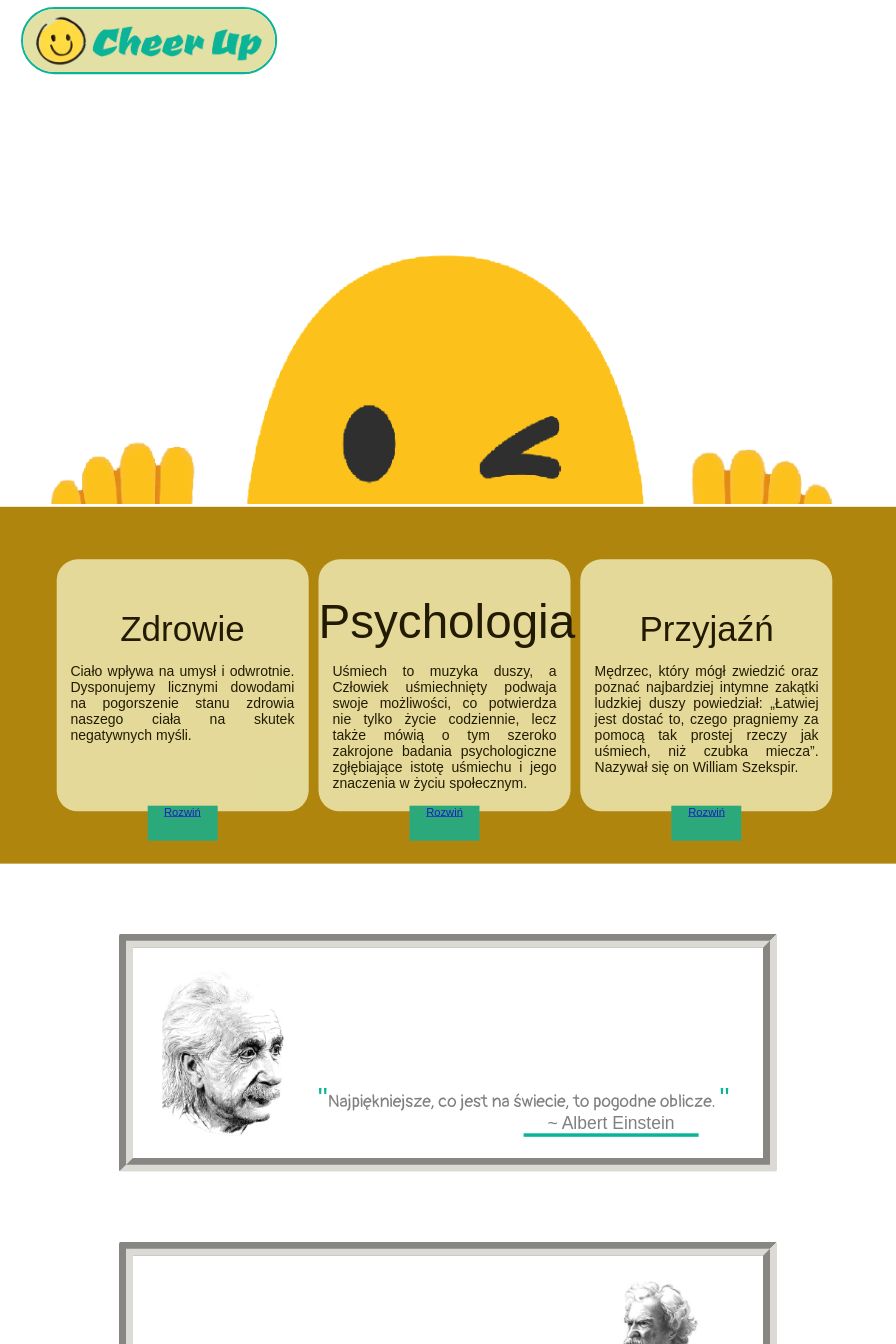
Repository: addstaw/moja-strona
Page: index.html
These files come from the project's save history. The page is drawn as it stood at one moment and after the next save; the edit follows.
The browser window is 1280 px wide. The pictures show the part of the page from y = 0 to 1920 px (the page is 3784 px tall), at 70% of full size.
Some web fonts or font styles are not loaded; a fallback is used.

Above is the page before, as saved 2020-05-21 21:21:58.

### index.html
<!DOCTYPE html>
<html lang="pl">
    <head>
        <meta charset="utf-8"/>
        <title> Cheer Up</title>
        <link rel="shortcut icon" href="png/logo1.png" type="image/x-icon" />
        <meta name="description" content="Uśmiech to coś więcej niż prosty wyraz emocji. To nasza dusza wypuszczona na zewnątrz."/>
        <meta name="keywords" content="uśmiech, szczęście"/>
        <meta http-equiv="X-UA-Compatible" content="IE=edge, chrome=1"/>
        <link rel="stylesheet" href="css/style8.css" type="text/css"/>
        <link href="https://fonts.googleapis.com/css2?family=Ceviche+One&display=swap" rel="stylesheet">
        <link href="https://fonts.googleapis.com/css2?family=Pangolin&display=swap" rel="stylesheet">
    <body>
        <div id="maincontainer">
            <herder>
                <div id="header">
                    <nav>
                        <span><img id="logo" src="png/header.png" width=360" height="90"/></span>
                    </nav>
                </div>
            </header>

            <div id="pause">

            </div>
            <section>
                <img id="emoticon" src="png/page4.png" width=100%" />
            </section>
        </div>
    <article>
            <div class="content">
                <div id="container">
                    <div id="introduce">
                        <header><div class="headerIntroduce">Zdrowie</div></header>
                        <article><div class="contentIntroduce">
                            Ciało wpływa na umysł i odwrotnie. Dysponujemy licznymi dowodami na pogorszenie stanu zdrowia naszego ciała na skutek negatywnych myśli. <br> <br> <br> <br>
                        </div>
                        <a href="zdrowie.html"> <div class="button">Rozwiń</div></a>
                    </article>
                    </div>
                    <div id="introduce">
                        <header><div class="headerIntroduce" id="mainHeaderIntroduce">Psychologia</div></header>
                        <article><div class="contentIntroduce">
                            Uśmiech to muzyka duszy, a Człowiek uśmiechnięty podwaja swoje możliwości, co potwierdza nie tylko życie codziennie,
                             lecz także mówią o tym szeroko zakrojone badania psychologiczne zgłębiające istotę uśmiechu i jego znaczenia w życiu społecznym.
                        </div>
                        <a href="psychlogia.html"> <div class="button">Rozwiń</div></a>
                    </article>
                    </div>
                    <div id="introduce">
                        <header><div class="headerIntroduce">Przyjaźń</div></header>
                        <article><div class="contentIntroduce">
                            Mędrzec, który mógł zwiedzić oraz poznać najbardziej intymne zakątki ludzkiej duszy powiedział:
                             „Łatwiej jest dostać to, czego pragniemy za pomocą tak prostej rzeczy jak uśmiech, niż czubka miecza”.
                              Nazywał się on William Szekspir.<br> <br>
                        </div>
                      <a href="przyjazn.html"> <div class="button">Rozwiń</div></a>
                    </article>
                    </div>
                </div>
            </div>
    </article>
    <section>
        <div id="white">
            <article>
                <section>
                    <div class="quoteElement">
                        <img src="png/unnamed.jpg" height="90%" class="statue"/>
                        <div class="quote">
                            <div class="quotationaMarks">"</div>Najpiękniejsze, co jest na świecie, to pogodne oblicze. <div class="quotationaMarks">"</div><br/>
                              <div class="name">~ Albert Einstein</div> <br/> <br/> </div></div>
                </section>
                <section>
                    <div class="quoteElement">
                       <div class="quote">
                            <div class="quotationaMarks">"</div>Najlepszy spośób, by sie rozweselić,<br/>to spróbować rozweselić kogoś innego.<div class="quotationaMarks">"</div> <br/>
                            <div class="name"><br/> ~ Mark Twain </div><br/> <br/> </div>
                        <img src="png/mark-twain-png-samuel-clemens-400.png" height="85%" class="statue"/></div>
                </section>
                <section>
                    <div class="quoteElement">
                        <img src="png/arystoteles.png" height="80%" class="statue"/>
                      <div class="quote"><div class="quotationaMarks">"</div>Śmiech jest ćwiczeniem fizycznym<br/> wielce dla zdrowia korzystnym.<div class="quotationaMarks">"</div> <br/>
                      <div class="name"><br/>~ Arystoteles</div> <br/> <br/> </div></div>
                </section>
                <section>
                    <div class="quoteElement">
                       <div class="quote"><div class="quotationaMarks">"</div>Ludzie są na tyle szczęśliwi na ile sobie pozwolą.<div class="quotationaMarks">"</div> <br/>
                       <div class="name" :last-child><br/>~ Abraham Lincoln</div> <br/> <br/> </div>
                        <img src="png/lincoln2.png" height="80%" class="statue"/></div>
                </section>
            </article>
        </div>
    </section>
    <footer>
        <div id="footer">
            Pozdrawiam i życzę miłego dnia
        </div>
    </footer>
    </body>
</html>

### css/style8.css
*{
    margin: 0px;
    font-family: sans-serif;
}
/*maincontaine*/
    #maincontainer{
        text-align: center;
    }
    #header{
        margin-right: 1500px;
    }
    #pause{
        /*height: calc(103vh - 80vw); first version*/
        height: calc(100vh - 110px - 100vw * (536/1919));
    }
    #logo{
        border-radius: 75px;
        border: 3px solid #0bb397;
        margin-left: 30px;
        margin-top: 10px;
        position: relative;

    }
/*Introduce*/
    .content{
        background-color: #b0850e;
        width: 100%;
        text-align: center;
        padding: 25px 0;
    }
        .headerIntroduce{
            font-size: 50px;
            margin-top: 50px;
            margin-bottom: 20px;
            padding-top: 20px;
        }
            #mainHeaderIntroduce{
                font-size: 68px;
                padding-top: 0;
             }
        .contentIntroduce{
            font-size: 20px;
            text-align: justify;
            padding: 0 20px ;
        }

    #introduce{
        width: 50vh;
        height: 50vh;
        background-color: #f1efbb;
        margin-top: 50px;
        margin-bottom: 50px;
        margin-right: 10px;
        display: inline-block;
        border-radius: 30px;
        opacity: 80%;
    }
    #introduce:hover{
        width: calc(50vh - 10px);
        height: calc(50vh - 10px);
        background-color: #f1efbb;/*#e3e0a6;*/
        margin-top: 45px;
        margin-bottom: 45px;
        margin-right: 10px;
        display: inline-block;
        border-radius: 30px;
        border: solid 5px #0bb397;
        opacity: 100%;
        transition: 0.25s;
    }
    .button{
        text-decoration: none;
        margin-top: 20px;
        width: 100px;
        height: 50px;
        background-color: #0bb397;
        margin-left: auto;
        margin-right: auto;
        padding-top: ;
    }
/* Quotes */
#white{
    background-color: #fff;
    text-align: center;
    padding: 50px 0;
}
    .quoteElement{
        width: 900px;
        height: 300px;
        background-color: #fff;
        margin: 50px 0;
        display: inline-block;
        border: 20px groove #dbdad5;
        border-radius: 3px;
    }
        .quote{
            font-family: 'Pangolin', cursive;
            color: gray;
            font-size: 25px;
            width: 600px;
            margin-bottom: 100px;
            word-wrap: break-word;
            display: inline-block;
        }
            .name{
                border-bottom: 5px solid #0bb397;
                width: 250px;
                float: right;
                margin-right: 50px;
            }
            .quotationaMarks{
                clear: both;
                display: inline-block;
                color: #0bb397;
                font-size: 40px;
            }
        .statue{
            padding-top: 20px;
        }
#footer{
    height: 500px;
    background-color: #0bb397;
    font-size: 100px;
    padding-top: 190px;
    color: #fff;
    text-align: center;

}

After the next save:
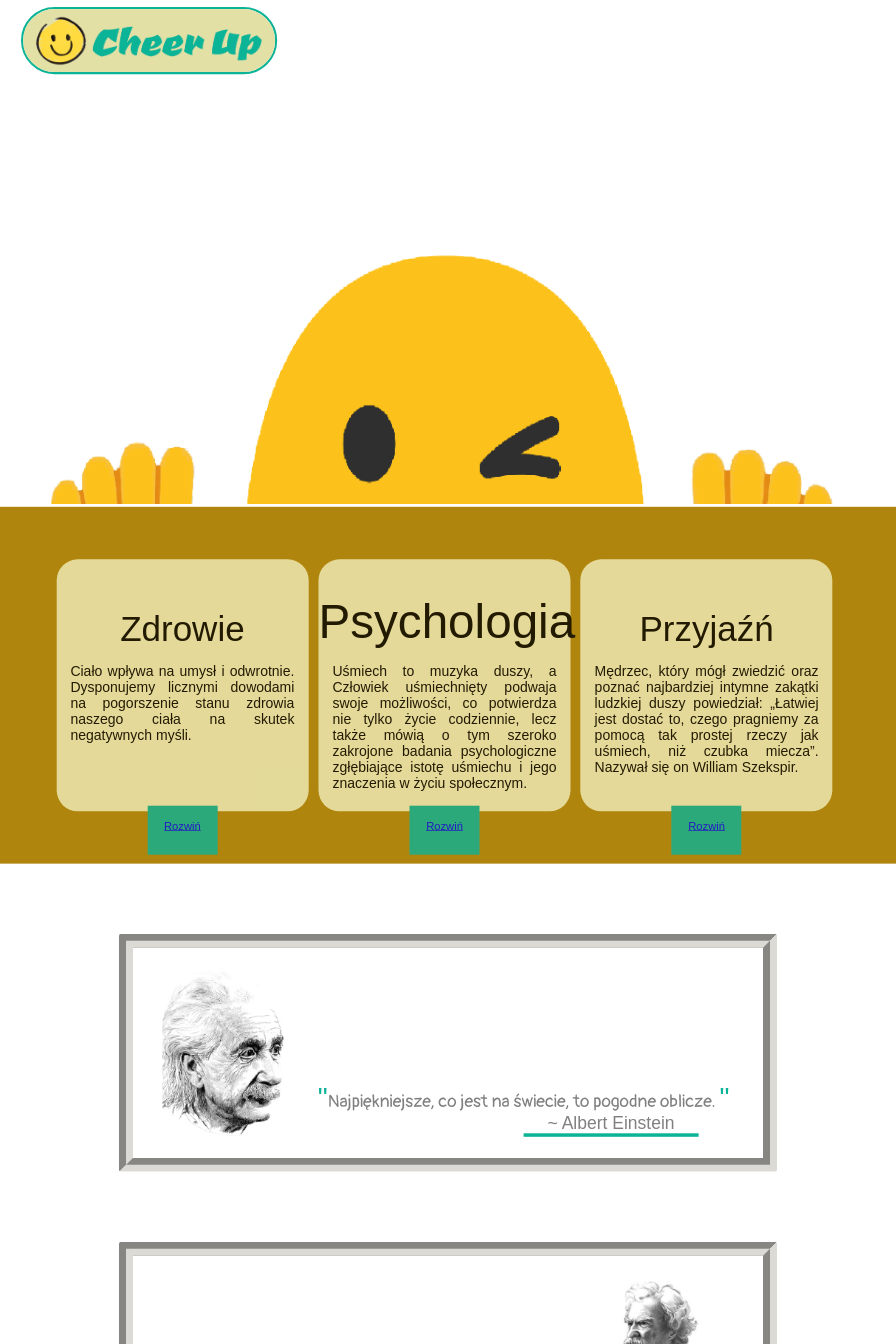
Saved 8 s later.
--- a/css/style8.css
+++ b/css/style8.css
@@ -76,7 +76,7 @@
         background-color: #0bb397;
         margin-left: auto;
         margin-right: auto;
-        padding-top: ;
+        padding-top: 20px;
     }
 /* Quotes */
 #white{
